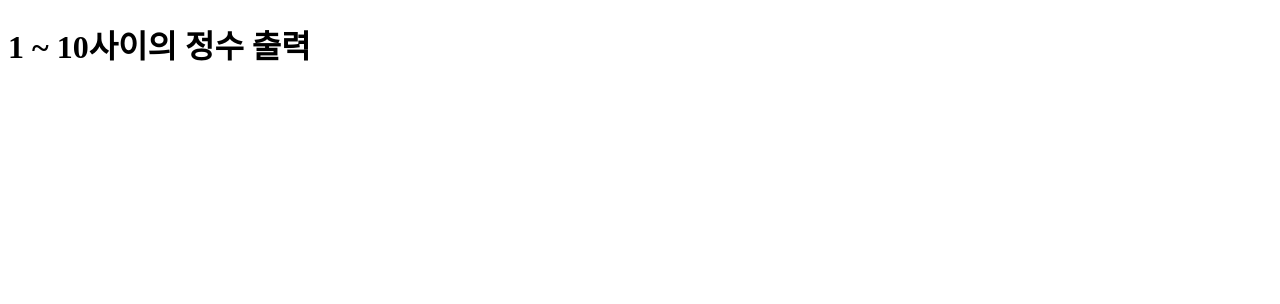
Repository: sunnny10/web-workspace
Page: http://localhost/Lecture-Web/jsp/basic/exam01.jsp
These files come from the project's save history. The page is drawn as it stood at one moment and after the next save; the edit follows.
The browser window is 1280 px wide. The pictures show the whole page.
The page is served by Tomcat 9.

Above is the page before, as saved 2022-06-02 05:30:32.

After the next save:
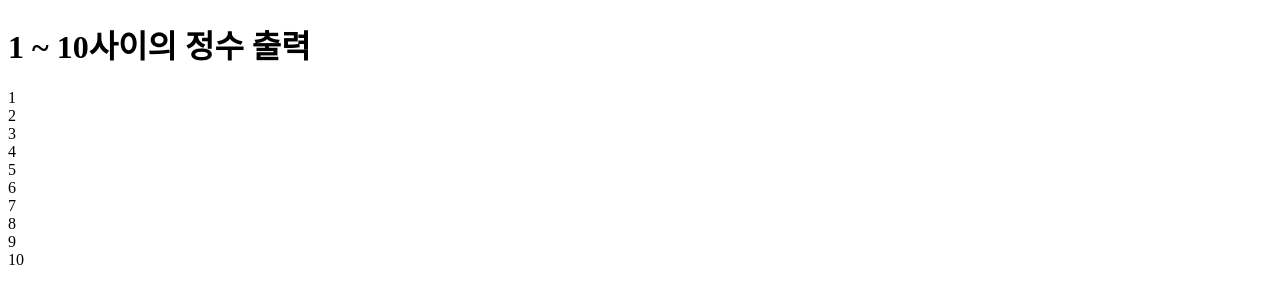
Saved 31 s later.
--- a/Lecture-Web/src/main/webapp/jsp/basic/exam01.jsp
+++ b/Lecture-Web/src/main/webapp/jsp/basic/exam01.jsp
@@ -10,7 +10,7 @@
 	<h1>1 ~ 10사이의 정수 출력</h1>
 	<%
 		for(int i=1; i<=10; i++){
-			out.println();
+			out.println(i + "<br>");
 		}
 	%>
 </body>
